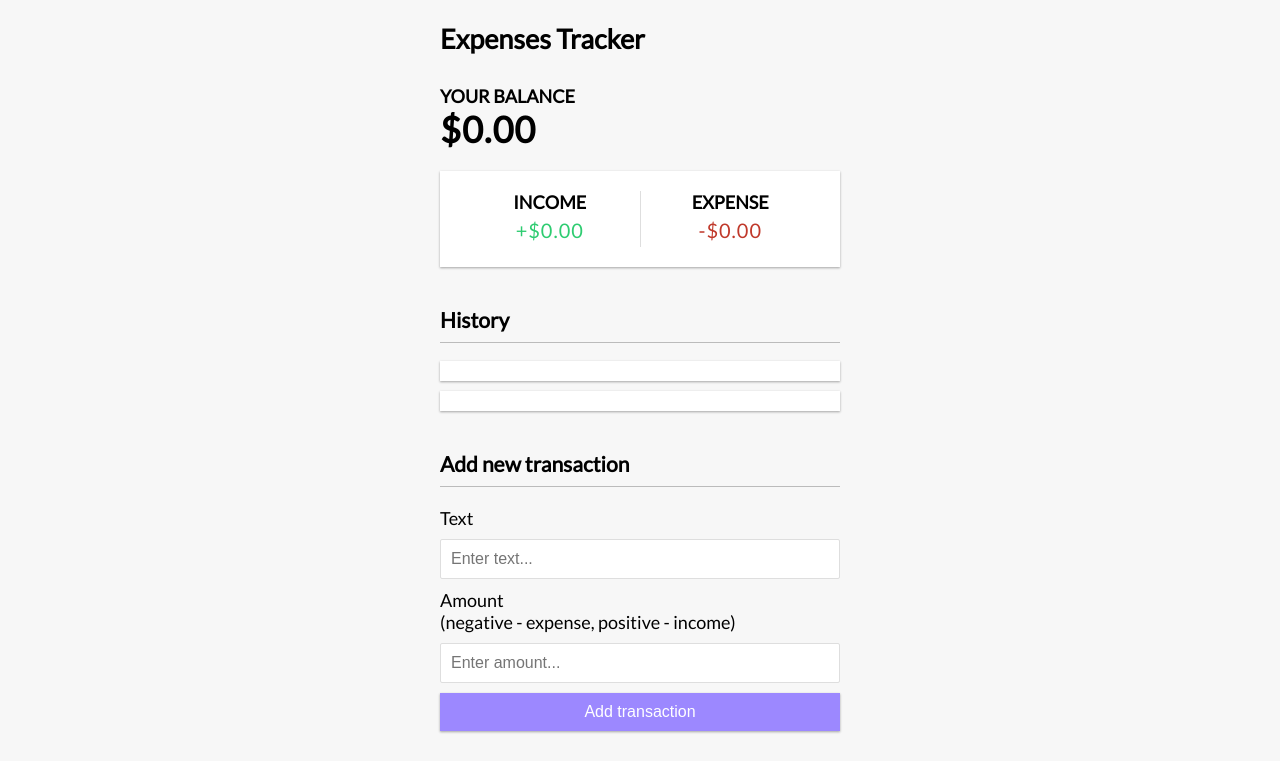
Repository: AyushMahatara/VUE-expense-tracker-app
Page: /
The author's editor kept a copy of each file at every save. The page is drawn from the files as they stood at one save, then again after the next save.
The browser window is 1280 px wide. The pictures show the whole page.
The project was rebuilt for these pictures with package versions that can differ from the ones it lists, and the page was loaded fresh each time. Also part of the build but not shown: vite.config.js.

Above is the page before, as saved 2023-12-29 14:30:53.

After the next save:
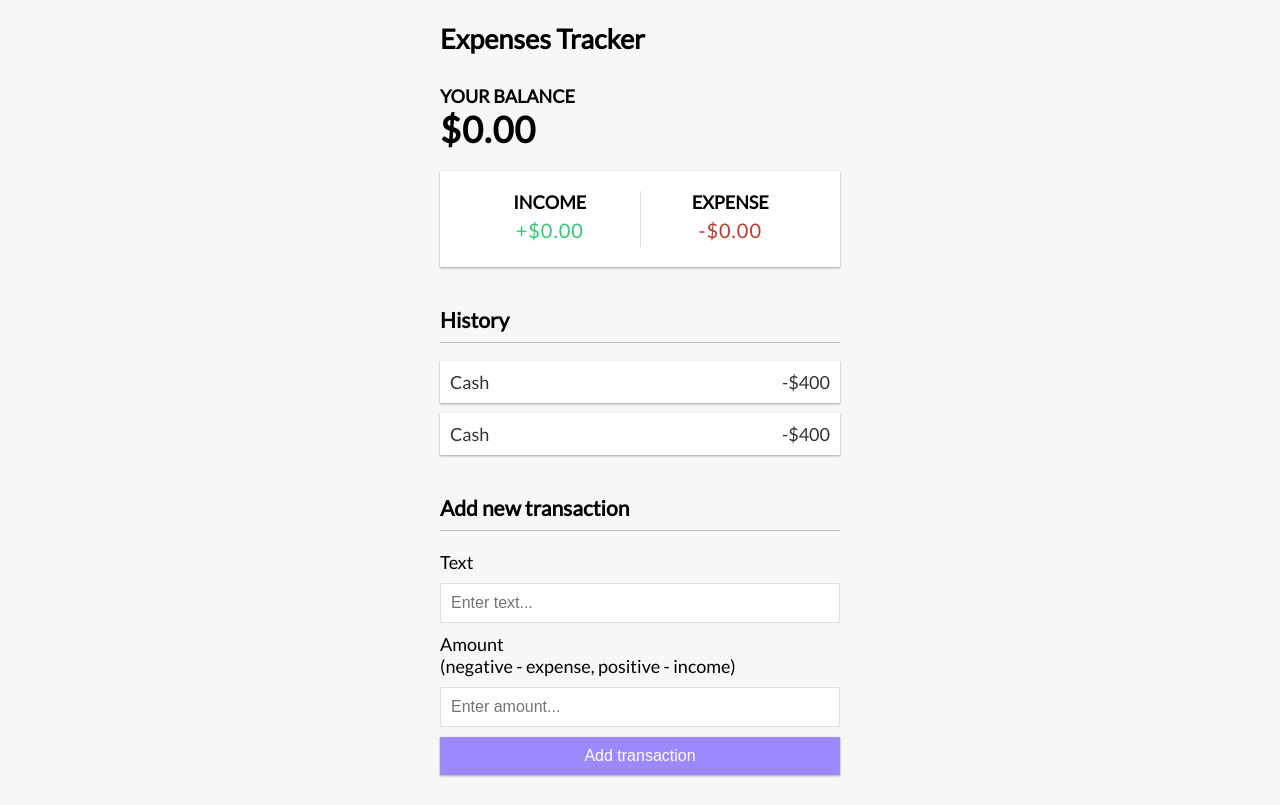
Saved 19 s later.
--- a/src/components/TransactionList.vue
+++ b/src/components/TransactionList.vue
@@ -1,7 +1,9 @@
 <template>
   <h3>History</h3>
   <ul id="list" class="list">
-    <li v-for="transaction in transactions" :key="transaction.id"></li>
+    <li v-for="transaction in transactions" :key="transaction.id">
+      Cash <span>-$400</span><button class="delete-btn">x</button>
+    </li>
     <!-- <li class="minus">
           Cash <span>-$400</span><button class="delete-btn">x</button>
         </li> -->
